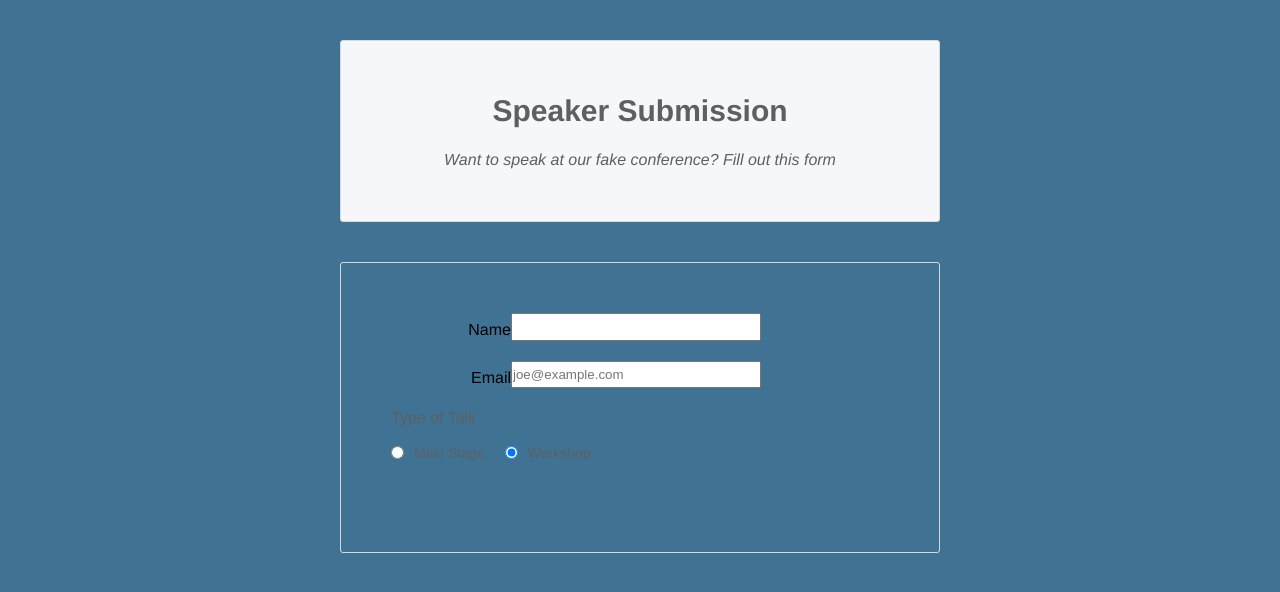
Repository: randomUser134923/pet-projects
Page: CSS_practice/7_forms/index.html
The author's editor kept a record of every edit. The page is drawn from the files as they stood at one moment, then again after the next edit.
The browser window is 1280 px wide. The pictures show the whole page.

Above is the page before.

### CSS_practice/7_forms/index.html
<!DOCTYPE html>
<html lang='en'>
    <head>
        <meta charset='UTF-8'/>
        <title>Speaker Submission</title>
        <link rel='stylesheet' href='style.css'/>
    </head>

    <body>
        <header class='speaker-form-header'>
            <h1> Speaker Submission </h1>
            <p><em>Want to speak at our fake conference? Fill out this form</em></p>
        </header>

        <form action='' method='get' class='speaker-form'>
            <div class='form-row'>
                <label for='full name'>Name</label>
                <input id='full-name' name='full-name' type='text'/>
            </div>

            <div class='form-row'>
                <label for='email'>Email</label>
                <input id='email' name='email' type='email' placeholder='joe@example.com'/>
            </div>

            <fieldset class='legacy-form-row'>
              <legend>Type of Talk</legend>
              <input id='talk-type-1'
                     name='talk-type'
                     type='radio'
                     value='main-stage' />
              <label for='talk-type-1' class='radio-label'>Main Stage</label>
              <input id='talk-type-2'
                     name='talk-type'
                     type='radio'
                     value='workshop'
                     checked />
              <label for='talk-type-2' class='radio-label'>Workshop</label>
            </fieldset>

        </form>
    </body>
</html>

### CSS_practice/7_forms/style.css
* {
    margin: 0;
    padding: 0;
    box-sizing: border-box;
}

body {
    color: #5D6063;
    background-color: #EAEDF0;
    font-family: "Helvetica", "Arial", sans-serif;
    font-size: 16px;
    line-height: 1.3;
    display: flex;
    flex-direction: column;
    align-items: center;
}

.speaker-form-header {
    text-align: center;
    background-color: #F6F7F8;
    border: 1px solid #D6D9DC;
    border-radius: 3px;
    width: 80%;
    margin: 40px 0;
    padding: 50px;
}

.speaker-form-header h1 {
    font-size: 30px;
    margin-bottom: 20px;
}

.speaker-form {
    bacgkround-color: #F6F7F8;
    border: 1px solid #D6D9DC;
    border-radius: 3px;

    width: 80%;
    padding: 50px;
    margin: 0 0 40px 0;
}

.form-row {
    margin-bottom: 40px;
    display: flex;
    justify-content: flex-start;
    flex-direction: column;
    flex-wrap: wrap;
}

.form-row input[type='text']
.form-row input[type='email']
{
    background-color: #FFFFFF;
    border: 1px solid #D6D9DC;
    border-radius: 3px;
    width: 100%;
    padding: 7px;
    font-size: 14px;
}

.form-row {
    margin-bottom: 15px;
}


.legacy-form-row {
    border: none;
    margin-bottom: 40px;
}

.legacy-form-row legend {
    margin-bottom:15px;
}

.legacy-form-row .radio-label {
    display: block;
    font-size: 14px;
    padding: 0 20px 0 10px;
}

.legacy-form-row input[type='radio'] {
    margin-top: 2px;
}

.legacy-form-row .radio-label ,
.legacy-form-row input[type='radio'] {
    float:left;
}

@media only screen and (min-width: 700px) {

    body {
        background-color: #407294;
    }

    .speaker-form-header , .speaker-form {
        width: 600px;
    }

    .form-row {
        flex-direction: row;
        align-item: flex-start;
        margin-bottom: 20px;
    }

    .form-row input[type='text'],
    .form-row input[type='email'],
    .from-row select,
    .from-row textarea
    {
        width: 250px;
        height: initial;
    }

    .form-row input[type='text']:invalid,
    .form-row input[type='email']:invalid
    {
        border: 1px solid #5DDC5F;
        color: #D55C5F;

    }

    .form-row label {
        text-align: right;
        width: 120px;
        color: black;
        margin-right: 0px;
        margin-top: 7px;
    }




}

After the next edit:
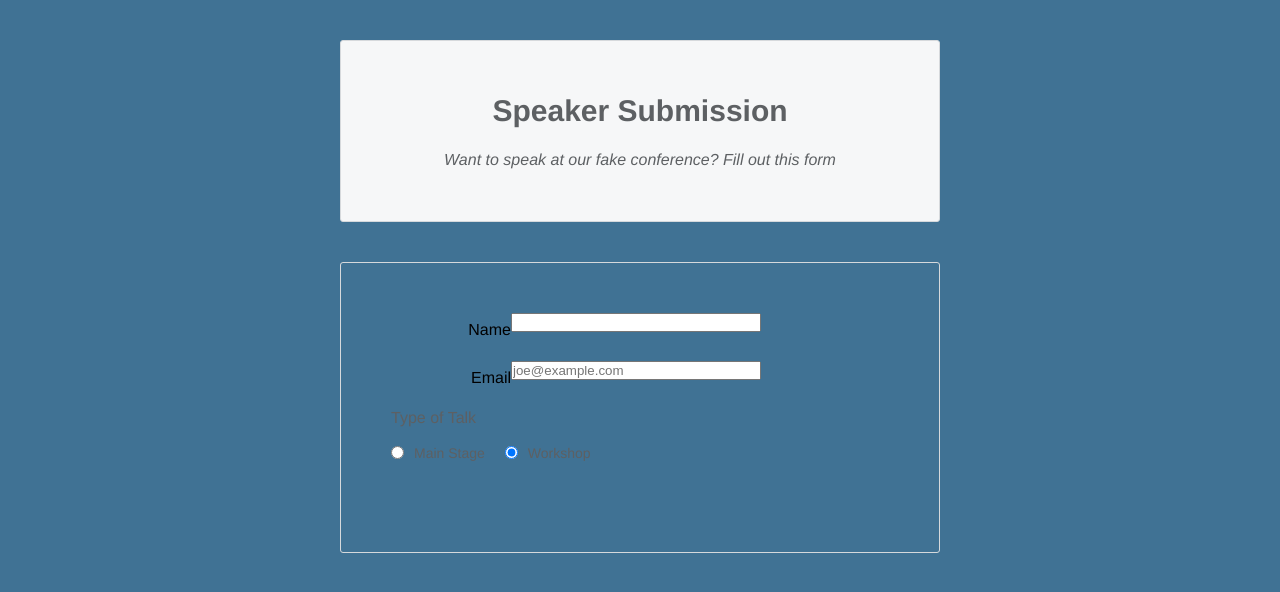
The edit:
--- a/CSS_practice/7_forms/style.css
+++ b/CSS_practice/7_forms/style.css
@@ -100,7 +100,7 @@
 
     .form-row {
         flex-direction: row;
-        align-item: flex-start;
+        align-items: flex-start;
         margin-bottom: 20px;
     }
 
